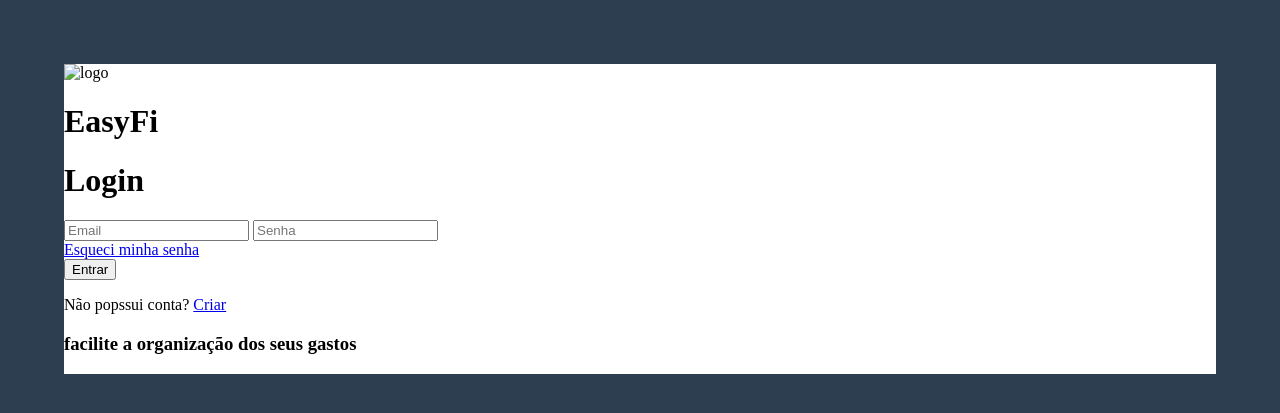
Repository: Ingridiag/projeto-engenharia
Page: login.html
An editor plug-in stored every save of this project. The page is shown before and after the next save, followed by the edit.
The browser window is 1280 px wide. The pictures show the whole page.

Above is the page before, as saved 2024-10-28 15:08:42.

After the next save:
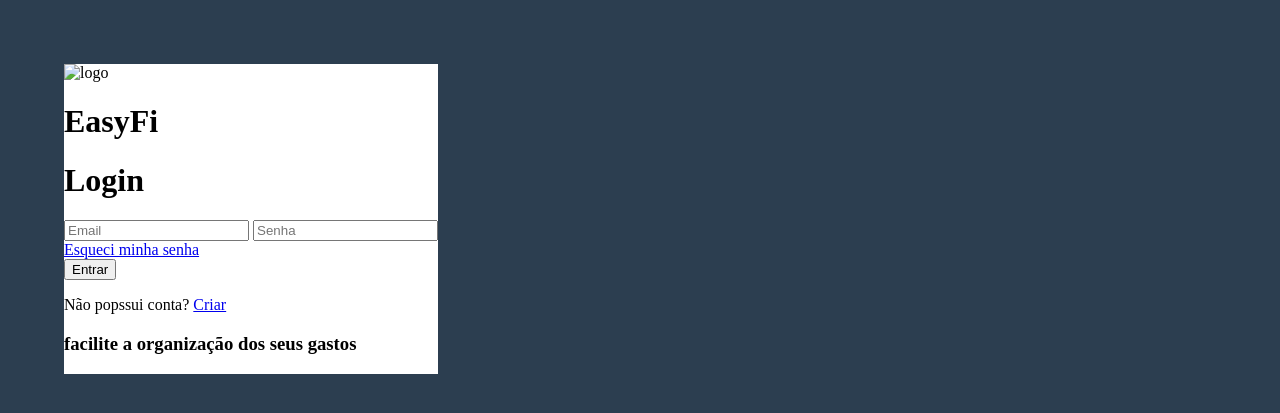
Saved 58 s later.
--- a/style.css
+++ b/style.css
@@ -9,8 +9,8 @@
 }
 
 .login{
-    width: 100%;
-    height: 100%;
+    /* width: 100%;
+    height: 100%; */
     margin: 5% ;
     display: flex;
     align-items: center;

After the save that followed:
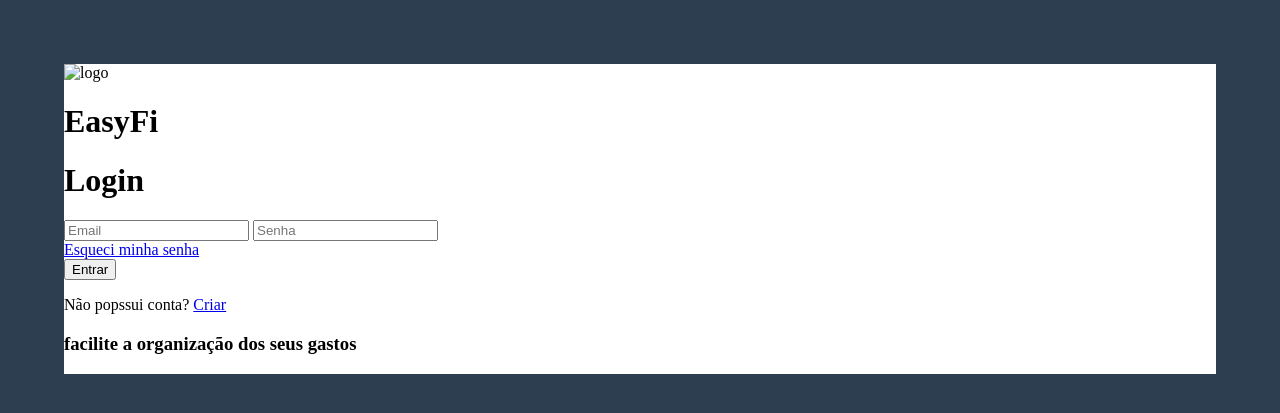
Saved 6 s later.
--- a/style.css
+++ b/style.css
@@ -9,8 +9,8 @@
 }
 
 .login{
-    /* width: 100%;
-    height: 100%; */
+    width: 100%;
+    height: 100%;
     margin: 5% ;
     display: flex;
     align-items: center;
